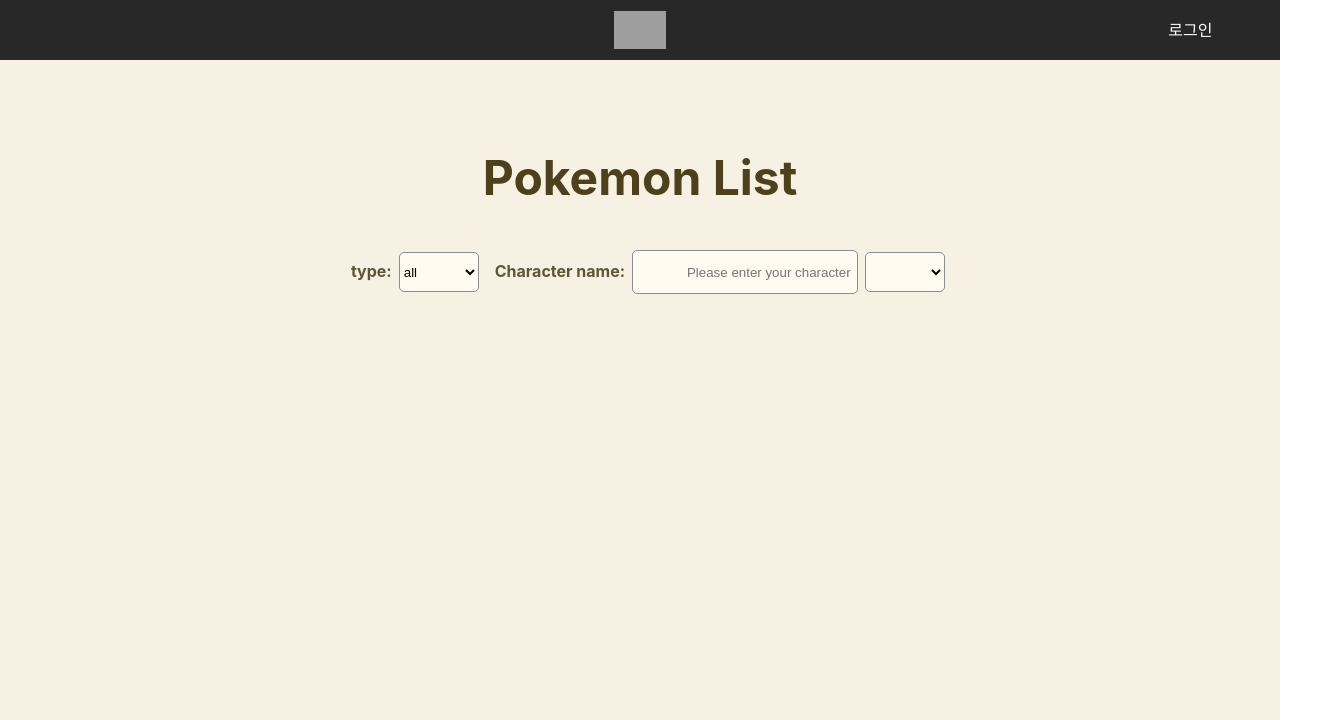
Repository: LeeYuNa0402/pokemon_vite
Page: /
The author's editor kept a copy of each file at every save. The page is drawn from the files as they stood at one save, then again after the next save.
The browser window is 1280 px wide. The page is 1340 px wide, so the pictures cover 1340 px, including what lies to the right of the window. The pictures show the whole page.
Pictures or frames that could not be fetched are drawn as grey boxes. The page's requests for data from a server got no answer. The project was rebuilt for these pictures with package versions that can differ from the ones it lists, and the page was loaded fresh each time. No one was signed in, and anything a server would have sent is missing. Also part of the build but not shown: vite.config.ts, src/css/pokemon_type.css, src/PokemonDetail.tsx, src/Login.tsx, src/LoginInfo.tsx.

Above is the page before, as saved 2023-10-05 16:26:40.

### src/main.tsx
// import React from "react";
// import ReactDOM from "react-dom/client";
// import App from "./App.tsx";
// import "./index.css";

// ReactDOM.createRoot(document.getElementById("root")!).render(
//   <>
//     <App />
//   </>
// );

import ReactDOM from "react-dom/client";
import "./index.css";
import App from "./App";
import PokemonDetail from "./PokemonDetail";
import Login from "./Login";
import LoginInfo from "./LoginInfo";

import { createBrowserRouter, RouterProvider } from "react-router-dom";

const router = createBrowserRouter([
  {
    path: "/",
    element: <App />,
  },
  {
    path: ":name",
    element: <PokemonDetail />,
  },
  {
    path: "Login",
    element: <Login />,
  },
  {
    path: "LoginInfo",
    element: <LoginInfo />,
  },
]);

// const router = createBrowserRouter([
//   {
//     path: "/",
//     element: <Login />,
//   },
//   {
//     path: ":name",
//     element: <PokemonDetail />,
//   },
//   {
//     path: "App",
//     element: <App />,
//   },
//   {
//     path: "LoginInfo",
//     element: <LoginInfo />,
//   },
// ]);

const root = ReactDOM.createRoot(
  document.getElementById("root") as HTMLElement
);
root.render(<RouterProvider router={router} />);

### src/App.tsx
import PokemonList from "./PokemonList";

const App = () => {
  return (
    <div>
      <PokemonList />
    </div>
  );
};

export default App;

### src/PokemonList.tsx
import { useEffect, useState } from "react";
import axios from "axios";
import { useNavigate } from "react-router-dom";
import "./css/reset.css";
import "./css/style.css";
import CombineMenu from "./CombineMenu";
import Loading from "./Loading";

const PokemonList = () => {
  const navigate = useNavigate();
  // const { state } = useLocation();
  const [data, setData] = useState<any>([]);

  const [loading, setLoading] = useState(true);

  const [filterInput, setFilterInput] = useState("");
  const [filterSelect, setFilterSelect] = useState("all");
  const [sortName, setSortName] = useState("");
  const filterOptions = [
    { value: "all", name: "all" },
    { value: "grass", name: "grass" },
    { value: "poison", name: "poison" },
    { value: "fire", name: "fire" },
    { value: "flying", name: "flying" },
    { value: "water", name: "water" },
    { value: "bug", name: "bug" },
    { value: "normal", name: "normal" },
  ];

  useEffect(() => {
    const fetchData = async () => {
      const pokemonData = [];

      for (let i = 1; i <= 20; i++) {
        try {
          const response = await axios.get(
            `https://pokeapi.co/api/v2/pokemon/${i}`
          );
          pokemonData.push(response.data);
        } catch (error) {
          console.log(error, `pokemon ${i}`);
        }
      }

      setData(pokemonData);
      setLoading(false);
    };

    fetchData();
  }, []);

  const filteredData = data.filter((item: any) => {
    if (item.name.toLowerCase().includes(filterInput.toLowerCase()) === false) {
      console.log("없음");
    } else {
      if (filterSelect === "all") {
        return item.name.toLowerCase().includes(filterInput.toLowerCase());
      } else {
        return (
          item.name.toLowerCase().includes(filterInput.toLowerCase()) &&
          item.types.some((type: any) => type.type.name === filterSelect)
        );
      }
    }
  });

  return (
    <div className="pokemon-list">
      {loading ? (
        <Loading />
      ) : (
        <>
          <CombineMenu />

          <h1 className="main-tit">Pokemon List</h1>
          <form className="pokemon-search">
            <label htmlFor="types">type:</label>
            <select
              id="types"
              value={filterSelect}
              onChange={(e) => {
                setFilterSelect(e.target.value);
              }}
            >
              {filterOptions.map((option) => (
                <option key={option.value} value={option.value}>
                  {option.name}
                </option>
              ))}
            </select>

            <label htmlFor="types">Character name:</label>
            <input
              type="text"
              placeholder="
              Please enter your character name..."
              value={filterInput}
              onChange={(e) => {
                setFilterInput(e.target.value);
              }}
              className="search_input"
            />

            <select
              value={sortName}
              onChange={(e) => setSortName(e.target.value)}
            ></select>
          </form>
          <ul className="pokemon-cont">
            {filteredData?.map((item: any, index: number) => (
              <li
                onClick={() =>
                  navigate(item.name, {
                    state: {
                      name: item.name,
                      height: item.height,
                      weight: item.weight,
                      front_shiny: item.sprites.front_default,
                    },
                  })
                }
                key={`list_${index}`}
              >
                <span className="order"># {item.order}</span>
                <h2 className="name">{item.name}</h2>
                <img key={`list_${index}`} src={item.sprites.front_shiny} />

                <div>
                  {item?.types?.map((item: any, idx: any) => (
                    <p
                      key={`${idx}_${item.ability}`}
                      className={
                        item.type.name == "grass"
                          ? "grass"
                          : item.type.name == "water"
                          ? "water"
                          : item.type.name == "fire"
                          ? "fire"
                          : item.type.name == "bug"
                          ? "bug"
                          : item.type.name == "normal"
                          ? "normal"
                          : item.type.name == "poison"
                          ? "poison"
                          : item.type.name == "flying"
                          ? "flying"
                          : ""
                      }
                    >
                      {item.type.name}
                    </p>
                  ))}
                </div>
              </li>
            ))}
          </ul>
        </>
      )}
    </div>
  );
};

export default PokemonList;

### src/css/reset.css
html,
body,
div,
span,
applet,
object,
iframe,
h1,
h2,
h3,
h4,
h5,
h6,
p,
blockquote,
pre,
a,
abbr,
acronym,
address,
big,
cite,
code,
del,
dfn,
em,
img,
ins,
kbd,
q,
s,
samp,
small,
strike,
strong,
sub,
sup,
tt,
var,
b,
u,
i,
center,
dl,
dt,
dd,
ol,
ul,
li,
fieldset,
form,
label,
legend,
table,
caption,
tbody,
tfoot,
thead,
tr,
th,
td,
article,
aside,
canvas,
details,
embed,
figure,
figcaption,
footer,
header,
hgroup,
menu,
nav,
output,
ruby,
section,
summary,
time,
mark,
audio,
video {
  margin: 0;
  padding: 0;
  border: 0;
  font-size: 100%;
  font: inherit;
  vertical-align: baseline;
  /* color: #000; */
}
/* HTML5 display-role reset for older browsers */
article,
aside,
details,
figcaption,
figure,
footer,
header,
hgroup,
menu,
nav,
section {
  display: block;
}
body {
  line-height: 1;
}
ol,
ul {
  list-style: none;
}
blockquote,
q {
  quotes: none;
}
blockquote:before,
blockquote:after,
q:before,
q:after {
  content: "";
  content: none;
}
table {
  border-collapse: collapse;
  border-spacing: 0;
}

### src/css/style.css
#root {
  display: flex;
  justify-content: center;
  align-items: flex-start;
  /* height: 100vh; */
  /* background-color: rgba(26, 82, 142, 1);
    background-image: linear-gradient(to top, #304667, #041f4c);
    background: linear-gradient(to top, #304667, rgba(66, 16, 100, 0.6)),
      url(../image/cloude.png) no-repeat right 0; */
  background-color: #f6f1e3;
  /* padding: 8rem 0 8rem; */
  min-height: 100vh;
  width: 100%;
}

.pokemon-detail {
  text-align: center;
  width: 41%;
  background-color: #fcfcfc;
  border-radius: 20px;
  padding: 4rem 0;
  --tw-shadow: 0 4px 6px -1px rgb(0 0 0 / 0.1), 0 2px 4px -2px rgb(0 0 0 / 0.1);
  --tw-shadow-colored: 0 4px 6px -1px var(--tw-shadow-color),
    0 2px 4px -2px var(--tw-shadow-color);
  box-shadow: var(--tw-ring-offset-shadow, 0 0 #0000),
    var(--tw-ring-shadow, 0 0 #0000), var(--tw-shadow);
}

.pokemon-detail .name {
  font-size: 2rem;
  font-weight: bold;
  color: #746b4a;
}

.pokemon-detail .detail-img {
  width: 20%;
  border: 1px solid #8d7e49;
  margin: 1rem 0;
  --tw-shadow: 0 4px 6px -1px rgb(0 0 0 / 0.1), 0 2px 4px -2px rgb(0 0 0 / 0.1);
  --tw-shadow-colored: 0 4px 6px -1px var(--tw-shadow-color),
    0 2px 4px -2px var(--tw-shadow-color);
  box-shadow: var(--tw-ring-offset-shadow, 0 0 #0000),
    var(--tw-ring-shadow, 0 0 #0000), var(--tw-shadow);
  border-radius: 2%;
}

.pokemon-detail .characteristic {
  color: #282828;
}

.pokemon-detail .go-back-btn {
  position: absolute;
  top: 31%;
  left: 68.4%;
  transform: translate(-50%);
  background-color: #484848;
  /* width: 35px; */
  /* height: 35px; */
  border: none;
  border: 1px solid #484848;
  cursor: pointer;
  border-radius: 5px;
  transition: 0.3s;
  color: #fff;
  padding: 0.4rem 0.8rem;
}

.pokemon-detail .go-back-btn:hover {
  background-color: #fff;
  color: #000;
}

.pokemon-list {
  /* max-width: 1400px; */
  width: 100%;
  width: 1400px;
  margin-top: 11%;
}

.pokemon-list h1 {
  /* color: #ffc400;
    list-style: none;
    padding-left: 0px;
    text-align: center;
    margin-top: 0;
    font-size: 3rem;
    font-weight: bold; */
  /* padding-top: 5rem; */
}

.pokemon-list .order {
  font-size: 0.9rem;
  color: #b0a48b;
  position: absolute;
  top: 5%;
  left: 5%;
}

.main-tit {
  text-align: center;
  color: #4c411a;
  font-size: 3rem;
  font-weight: bold;
}

.pokemon-cont {
  display: flex;
  justify-content: flex-start;
  align-items: center;
  flex-wrap: wrap;
  list-style: none;
  padding-left: 0px;
  margin-top: 3rem;
  padding-bottom: 9rem;
}

.pokemon-cont li {
  position: relative;
  background-color: #fcfcfc;
  width: 24%;
  padding: 2rem 1rem;
  margin-bottom: 1rem;
  margin-right: 1%;
  text-align: center;
  cursor: pointer;
  transition: 0.3s;
  color: #6e623c;
  font-weight: bold;
  font-size: 1.1rem;
  --tw-shadow: 0 4px 6px -1px rgb(0 0 0 / 0.1), 0 2px 4px -2px rgb(0 0 0 / 0.1);
  --tw-shadow-colored: 0 4px 6px -1px var(--tw-shadow-color),
    0 2px 4px -2px var(--tw-shadow-color);
  box-shadow: var(--tw-ring-offset-shadow, 0 0 #0000),
    var(--tw-ring-shadow, 0 0 #0000), var(--tw-shadow);
  border-radius: 18px;
  box-sizing: border-box;
}

.pokemon-cont li:hover {
  transform: scale(1.05);
}

.pokemon-cont li:nth-child(4n) {
  margin-right: 0;
}

.pokemon-detail {
  text-align: center;
  margin: 29vh 0;
}
.pokemon-name {
  font-size: 2rem;
  font-weight: bold;
  color: #ffc400;
}

.main-cha {
  border: 1px solid gray;
  padding: 3rem;
  margin: 1rem 0;
  transition: 0.2s;
  --tw-shadow: 0 4px 6px -1px rgb(0 0 0 / 0.1), 0 2px 4px -2px rgb(0 0 0 / 0.1);
  --tw-shadow-colored: 0 4px 6px -1px var(--tw-shadow-color),
    0 2px 4px -2px var(--tw-shadow-color);
  box-shadow: var(--tw-ring-offset-shadow, 0 0 #0000),
    var(--tw-ring-shadow, 0 0 #0000), var(--tw-shadow);
}

.main-cha:hover {
}

.s-cha {
  border: 1px solid #e8e8e8;
  padding: 1rem;
  margin-right: 1%;
  background-color: #fafafa;
  transition: 0.2s;
  margin-top: 3rem;
}
.s-cha:last-child {
  margin-right: 0;
  margin-top: 1%;
}
.s-cha:hover {
  --tw-shadow: 0 4px 6px -1px rgb(0 0 0 / 0.1), 0 2px 4px -2px rgb(0 0 0 / 0.1);
  --tw-shadow-colored: 0 4px 6px -1px var(--tw-shadow-color),
    0 2px 4px -2px var(--tw-shadow-color);
  box-shadow: var(--tw-ring-offset-shadow, 0 0 #0000),
    var(--tw-ring-shadow, 0 0 #0000), var(--tw-shadow);
}

.abilities {
  display: flex;
  justify-content: center;
  align-items: center;
}
.abilities > div {
  margin-right: 5px;
}

/* ***********************login 페이지************************* */
.Login {
  /* background-color: #f5f5f9;
    width: 100%;
    height: 100vh;
    padding-top: 23vh; */
  padding: 12rem 0;
}
.login-cont {
  background-color: #fcfcfc;
  width: 20%;
  margin: 0 auto;
  padding: 1rem;
  /* text-align: center; */
  padding: 3.5rem 3rem 5rem;
  --tw-shadow: 0 4px 6px -1px rgb(0 0 0 / 0.1), 0 2px 4px -2px rgb(0 0 0 / 0.1);
  --tw-shadow-colored: 0 4px 6px -1px var(--tw-shadow-color),
    0 2px 4px -2px var(--tw-shadow-color);
  box-shadow: var(--tw-ring-offset-shadow, 0 0 #0000),
    var(--tw-ring-shadow, 0 0 #0000), var(--tw-shadow);
  border-radius: 10px;
}

.forgot-pass {
  position: absolute;
  right: 0;
  top: 0;
  color: #696cff;
  font-size: 0.8rem;
}

.password-wrap {
  position: relative;
}
.fontawesome-eye {
  position: absolute;
  right: 2%;
  padding: 5px;
  /* border: 1px solid red; */
  top: 37%;
  cursor: pointer;
}
.Login .pokemon-logo {
  width: 43%;
  display: block;
  margin: 0 auto 2rem;
}

.Login h2 {
  font-size: 1.2rem;
  margin-bottom: 0.2rem;
}

.Login p {
  font-size: 1rem;
}
.Login form {
  margin: 2rem 0 1.3rem;
}
.Login form input {
  width: 100%;
  padding: 0.6rem 0.2rem;
  margin-top: 7px;
  border-radius: 7px;
  outline: 0;
  border: 1px solid #c7cdd4;
  border-radius: 0.375rem;
  box-sizing: border-box;
}

.Login form input:focus {
  outline: none;
  border-color: #696cff !important;
}

.Login form label {
  display: block;
  text-align: left;
  font-weight: bold;
  color: #4f4d4d;
  cursor: pointer;
}

.Login .sign-in {
  display: block;
  margin: 0 auto;
  background: linear-gradient(to bottom, rgb(57 42 88) 0%, rgb(68 79 116) 100%);
  color: white;
  padding: 10px 30px;
  border: 1px solid rgba(0, 0, 0, 0.21);
  border-bottom: 4px solid rgb(39 49 83);
  border-radius: 4px;
  text-shadow: 0 1px 0 rgba(0, 0, 0, 0.15);
  transition: 0.3s;
  width: 100%;
  cursor: pointer;
}

.Login .sign-in:hover {
  transform: translateY(5px);
  background: linear-gradient(to bottom, rgb(48 34 76) 0%, rgb(60 72 112) 100%);
}

.Login .check-remember input {
  width: auto;
}

.Login label {
  font-size: 0.9rem;
}

.Login input {
  margin-bottom: 15px;
}
.Login input[type="password"] {
  /* margin-bottom: 8px; */
}

.Login input[type="checkbox"] {
  margin-right: 5px;
}

button[disabled] {
  background: linear-gradient(
    to bottom,
    rgb(196 200 203) 0%,
    rgb(154 154 154) 100%
  ) !important;
  cursor: default !important;
  border-bottom: 4px solid rgb(142 145 146) !important;
}
button[disabled]:hover {
  transform: translateY(0) !important;
}
.create-account-wrap {
  text-align: center;
  margin-top: 1rem;
}
.create-account {
  color: #696cff;
}

/* ***********************LoginInfo 페이지************************* */
.logininfo {
  text-align: center;
  background-color: #ededed;
  padding: 5rem;
  border-radius: 15px;

  width: 19%;
}

.logininfo .member {
  font-size: 1.8rem;
  font-weight: bold;
  margin-bottom: 6rem;
}

.logininfo button {
  margin: 0 auto;
  color: white;
  border: 1px solid rgba(0, 0, 0, 0.21);
  border-radius: 4px;
  text-shadow: 0 1px 0 rgba(0, 0, 0, 0.15);
  transition: 0.3s;
  width: 49%;
  cursor: pointer;
  height: 45px;
  line-height: 44px;

  background: linear-gradient(to bottom, rgb(57 42 88) 0%, rgb(68 79 116) 100%);
  border: 1px solid rgba(0, 0, 0, 0.21);
  border-bottom: 4px solid rgb(39 49 83);
}

.logininfo button:first-child {
  margin-right: 1%;
}

/* .combine-menu */
.combine-menu {
  width: 100%;
  position: fixed;
  top: 0;
  height: 60px;
}

.combine-menu .login {
}

.combine-menu .profile {
  color: #fff;
  position: absolute;
  right: 2%;
  top: 50%;
  transform: translateY(-50%);
  display: flex;
  justify-content: space-around;
  align-items: center;
  width: 10%;
}
.combine-menu .profile .profile-name {
  text-shadow: 0 0 4px #fed22c;
  animation: flicker 1.5s infinite alternate;
  display: flex;
  justify-content: center;
  align-items: center;
}

.combine-menu .profile .name img {
  vertical-align: sub;
  margin-right: 5px;
}

@keyframes flicker {
  /* 0%,
    18%,
    22%,
    25%,
    53%,
    57%,
    100% {
      text-shadow: 0 0 4px #fff, 0 0 11px #fff, 0 0 20px rgb(241, 255, 43);
    }
    20%,
    24%,
    55% {
      text-shadow: none;
    } */
  50% {
    /* opacity: 0; */
    text-shadow: none;
  }
}

.combine-menu {
  width: 100%;
  background-color: #282828;
  position: fixed;
  left: 0;
  top: 0;
  display: flex;
  justify-content: center;
  align-items: center;
  color: #fff;
  z-index: 2;
}

.combine-menu .login {
  cursor: pointer;
  color: #fff;
  transition: 0.2s;
}

.combine-menu .login:hover {
  color: #f6c50b;
}

.combine-menu .logo {
  width: 4%;
}

.appear {
  display: block;
}

.disappear {
  display: none;
}

/* loading */
.loading {
  font-size: 5rem;
}

.pokemon-search {
  text-align: center;
  margin-top: 3rem;
}

.pokemon-search label {
  margin-left: 1rem;
  font-weight: bold;
  color: #5e5534;
}

.pokemon-search input {
  width: 220px;
}
.pokemon-search select {
  width: 80px;
}

.pokemon-search input,
.pokemon-search select {
  margin-left: 7px;
  border-radius: 5px;
  border: 1px solid #8d8d8d;
  height: 40px;
  background-color: #fffbf0;
  color: #000;
}

### src/CombineMenu.tsx
import { useNavigate } from "react-router-dom";
import "./css/style.css";

const CombineMenu = () => {
  const navigate = useNavigate();

  const onClickImg = () => {
    navigate(`/Login`);
  };

  // console.log(sessionStorage.getItem("key"), "<===이거 확인중");

  const logoutBtn = () => {
    sessionStorage.removeItem("key");
    localStorage.removeItem("key");
    window.location.reload();
  };

  return (
    <div className="combine-menu">
      <img
        className="logo"
        src="https://lh3.googleusercontent.com/3TSaKxXGo2wT0lu0AyNUBnkk6wkCC2AzOhJyy3JXIPm-AmZ1k9DSAroWeBUyePswCZSs5lVp3mPF7HzUpY9VPlyOV5eddITONINr3WSqLNLm=e365-w1860"
      />

      <div className="profile">
        <div>
          {/* <img
            src="https://file.valofe.com/Valofe_file/web/vfun/images/common/grade/g-new.png"
            alt="g-new"
          /> */}

          {sessionStorage.getItem("key") === null &&
          localStorage.getItem("key") === null
            ? ""
            : sessionStorage.getItem("key") !== null
            ? `${sessionStorage.getItem("key")}님`
            : localStorage.getItem("key") !== null
            ? `${localStorage.getItem("key")}님`
            : ""}
        </div>

        <div className="login" onClick={onClickImg}>
          {sessionStorage.getItem("key") === null &&
          localStorage.getItem("key") === null
            ? "로그인"
            : ""}
          {/* 로그인 */}
        </div>

        <div className="login" onClick={logoutBtn}>
          {sessionStorage.getItem("key") === null &&
          localStorage.getItem("key") === null
            ? ""
            : "로그아웃"}
        </div>
      </div>
    </div>
  );
};

export default CombineMenu;

### src/Loading.tsx
import "./css/style.css";

const Loading = () => {
  return <div className="loading">로딩중....</div>;
};

export default Loading;

Loaded but not shown: index.html (common file); src/index.css (common file)

After the next save:
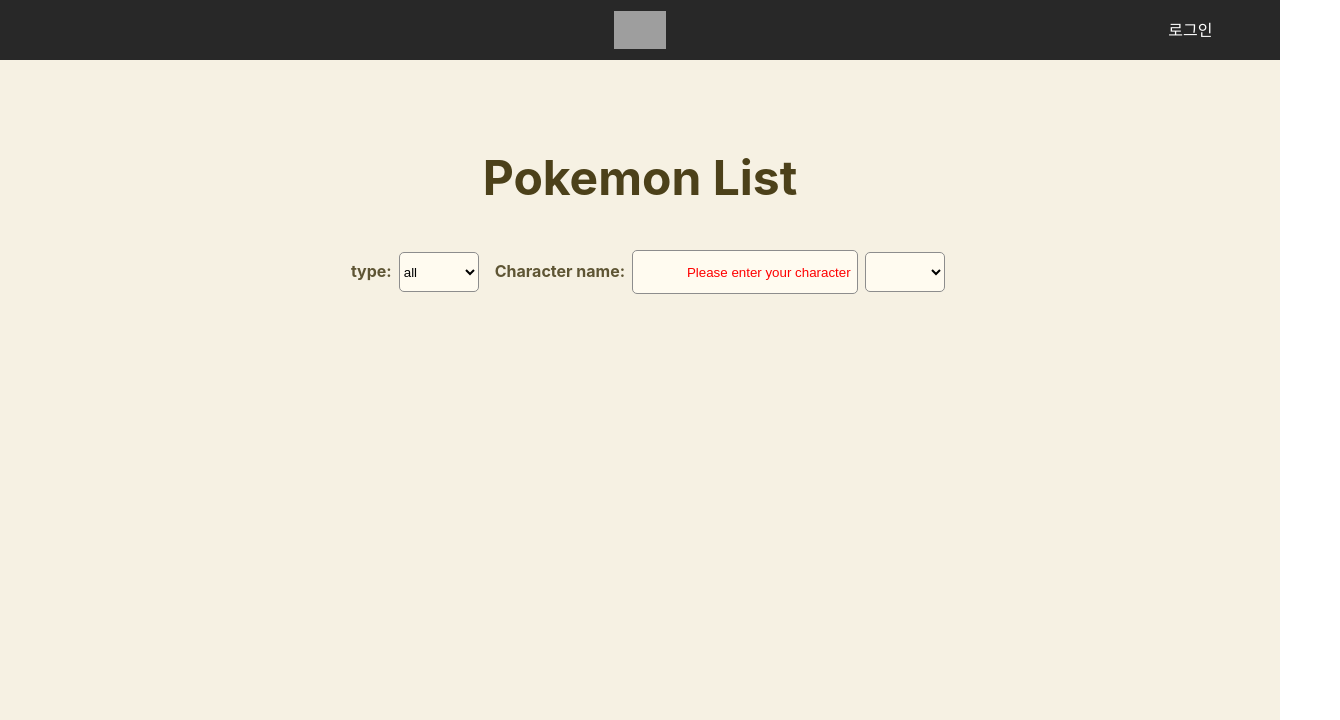
Saved 45 s later.
--- a/src/css/style.css
+++ b/src/css/style.css
@@ -491,6 +491,10 @@
   width: 80px;
 }
 
+.pokemon-search input::placeholder {
+  color: Red;
+}
+
 .pokemon-search input,
 .pokemon-search select {
   margin-left: 7px;

After the save that followed:
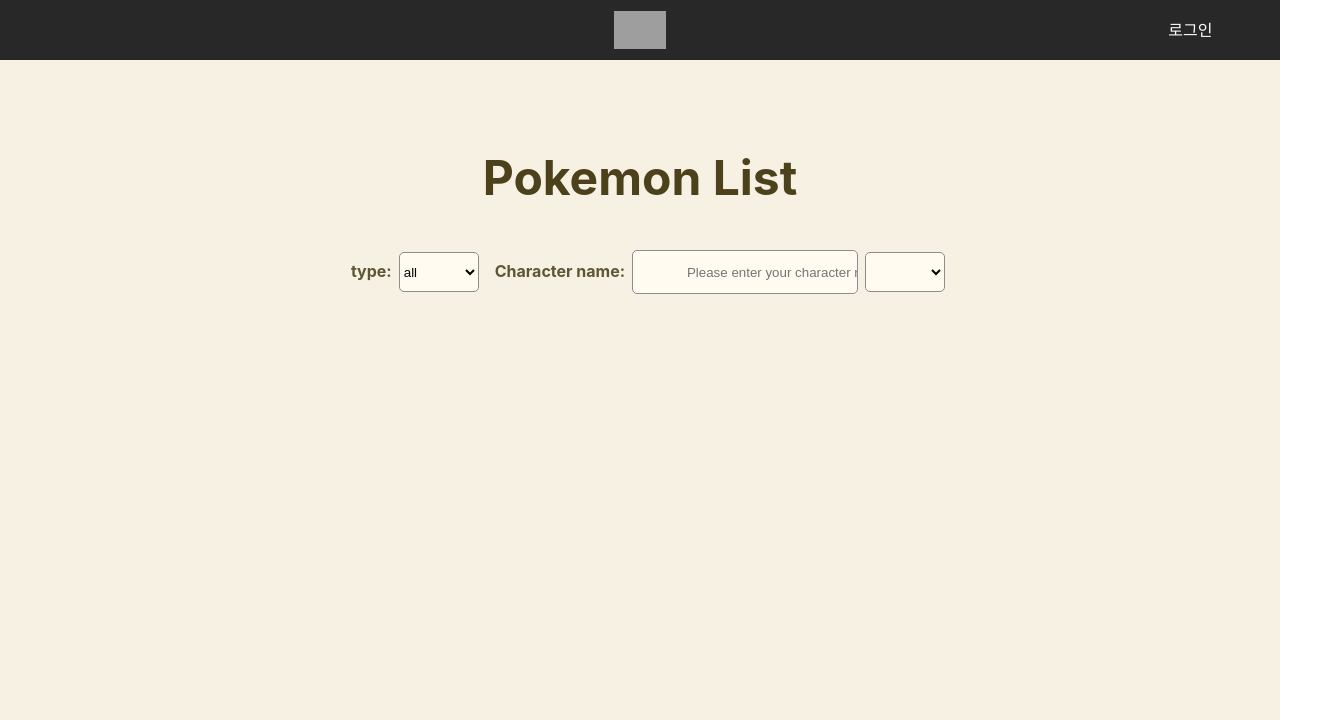
Saved 118 s later.
--- a/src/css/style.css
+++ b/src/css/style.css
@@ -492,7 +492,7 @@
 }
 
 .pokemon-search input::placeholder {
-  color: Red;
+  margin-left: -10px;
 }
 
 .pokemon-search input,
